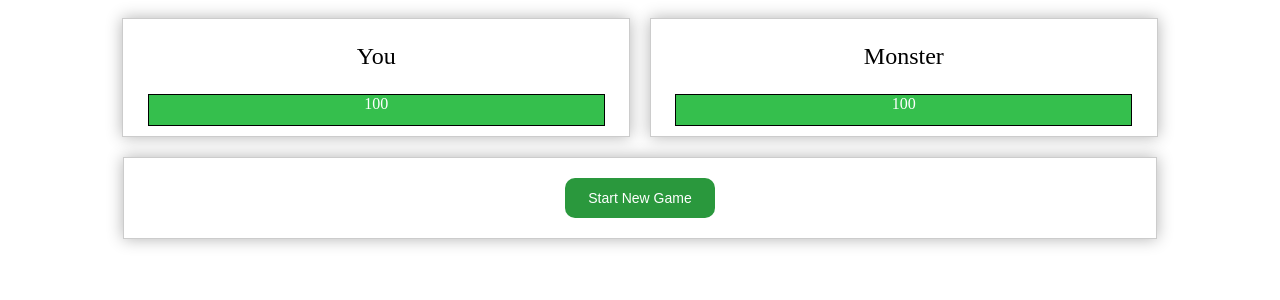
Repository: jakublack/game-fight-vue
Page: /
The author's editor kept a copy of each file at every save. The page is drawn from the files as they stood at one save, then again after a run of saves.
The browser window is 1280 px wide. The pictures show the whole page.
The project was rebuilt for these pictures with package versions that can differ from the ones it lists, and the page was loaded fresh each time.

Above is the page before, as saved 2018-08-08 20:57:01.

After the next 2 saves:
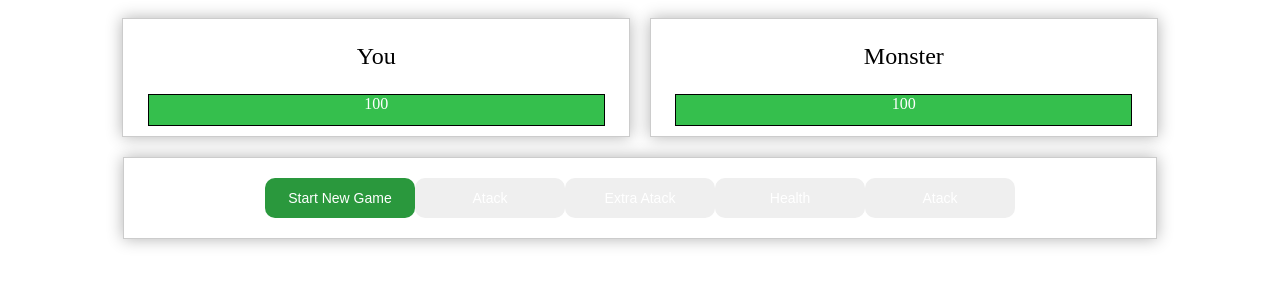
The 2 saves are shown as one change because they came seconds apart.
The last was saved 65 s later.
--- a/src/components/Game.vue
+++ b/src/components/Game.vue
@@ -12,6 +12,13 @@
     </div>
     <div class="wrapper-action">
       <button class="btn btn-new-game">Start New Game</button>
+      <template>
+        <button class="btn btn-atack">Atack</button>
+        <button class="btn btn-extra-atack">Extra Atack</button>
+        <button class="btn btn-health">Health</button>
+        <button class="btn btn-atack">Atack</button>
+
+      </template>
     </div>
 
 
